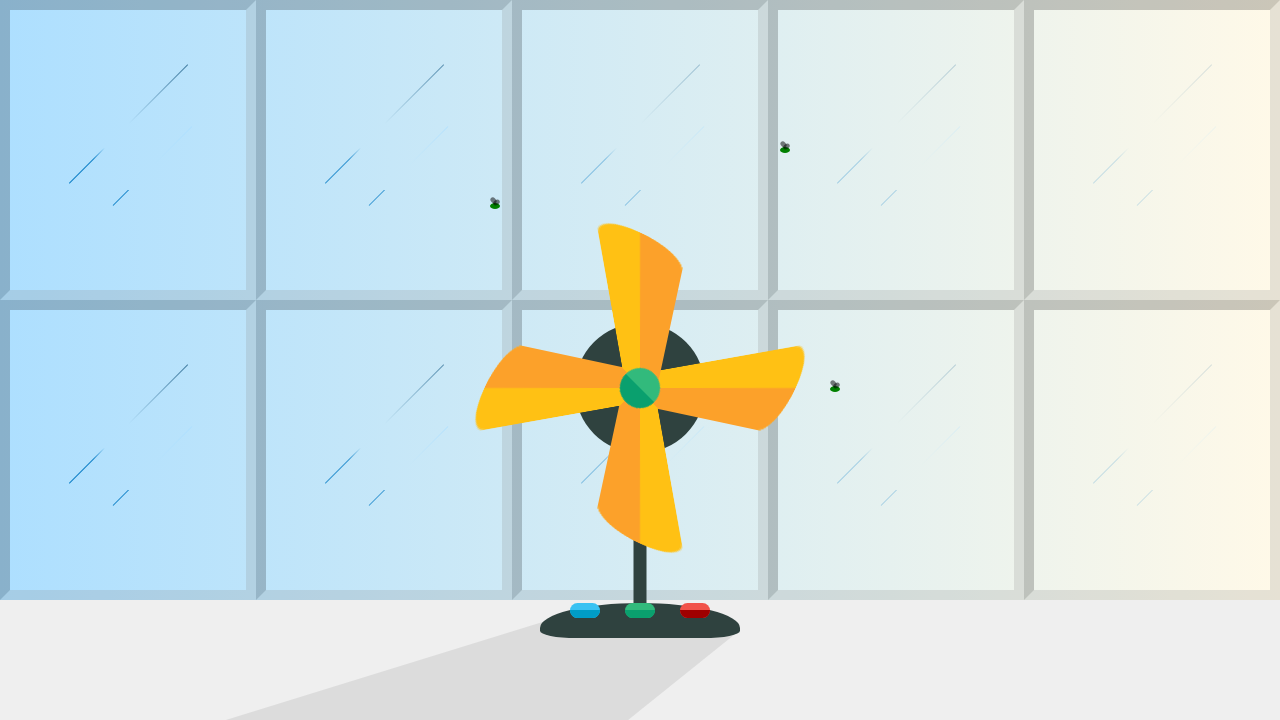
Repository: VuTuanAnh0949/CodeFan
Page: index.html
The author's editor kept a copy of each file at every save. The page is drawn from the files as they stood at one save, then again after the next save.
The browser window is 1280 px wide. The pictures show the whole page.

Above is the page before, as saved 2022-06-21 13:30:57.

After the next save:
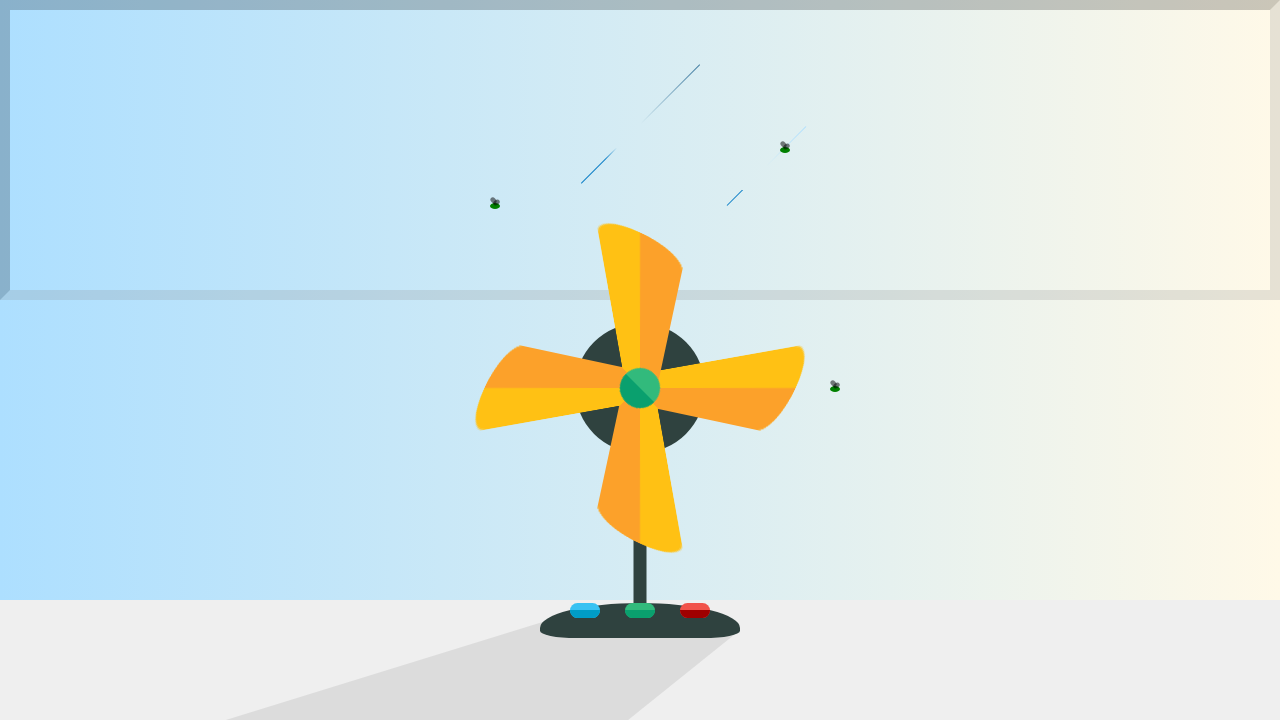
Saved 51 min 2 s later.
--- a/index.html
+++ b/index.html
@@ -9,15 +9,6 @@
 </head>
 <body>
     <div class="windows">
-        <div class="window"></div>
-        <div class="window"></div>
-        <div class="window"></div>
-        <div class="window"></div>
-        <div class="window"></div>
-        <div class="window"></div>
-        <div class="window"></div>
-        <div class="window"></div>
-        <div class="window"></div>
         <div class="window"></div>
     </div>
     <div class="fan">
